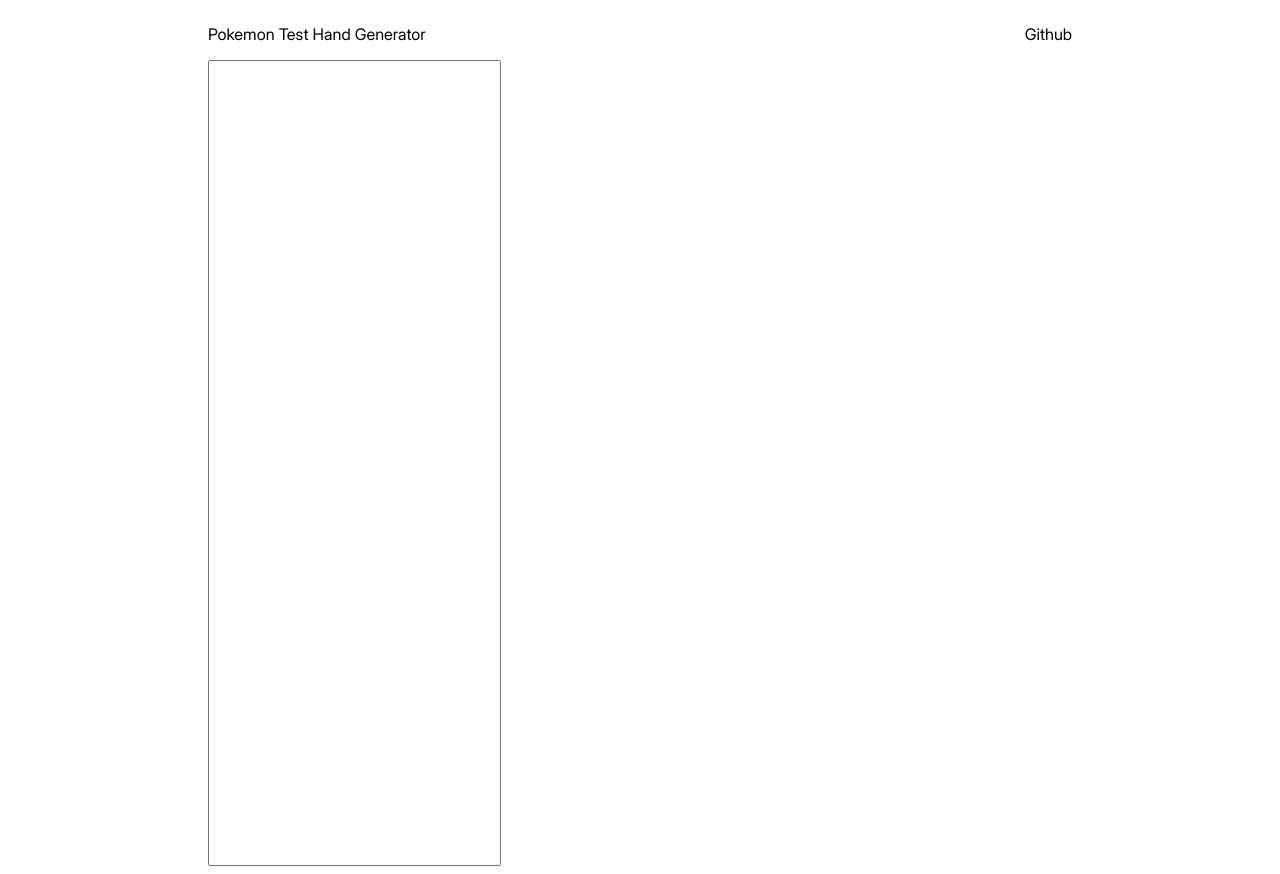
Repository: danielj1415/test-hand-simulator
Page: /
The author's editor kept a copy of each file at every save. The page is drawn from the files as they stood at one save, then again after the next save.
The browser window is 1280 px wide. The pictures show the whole page.
The project was rebuilt for these pictures with package versions that can differ from the ones it lists, and the page was loaded fresh each time. Also part of the build but not shown: vite.config.ts, src/index.css.

Above is the page before, as saved 2024-10-30 17:48:37.

After the next save:
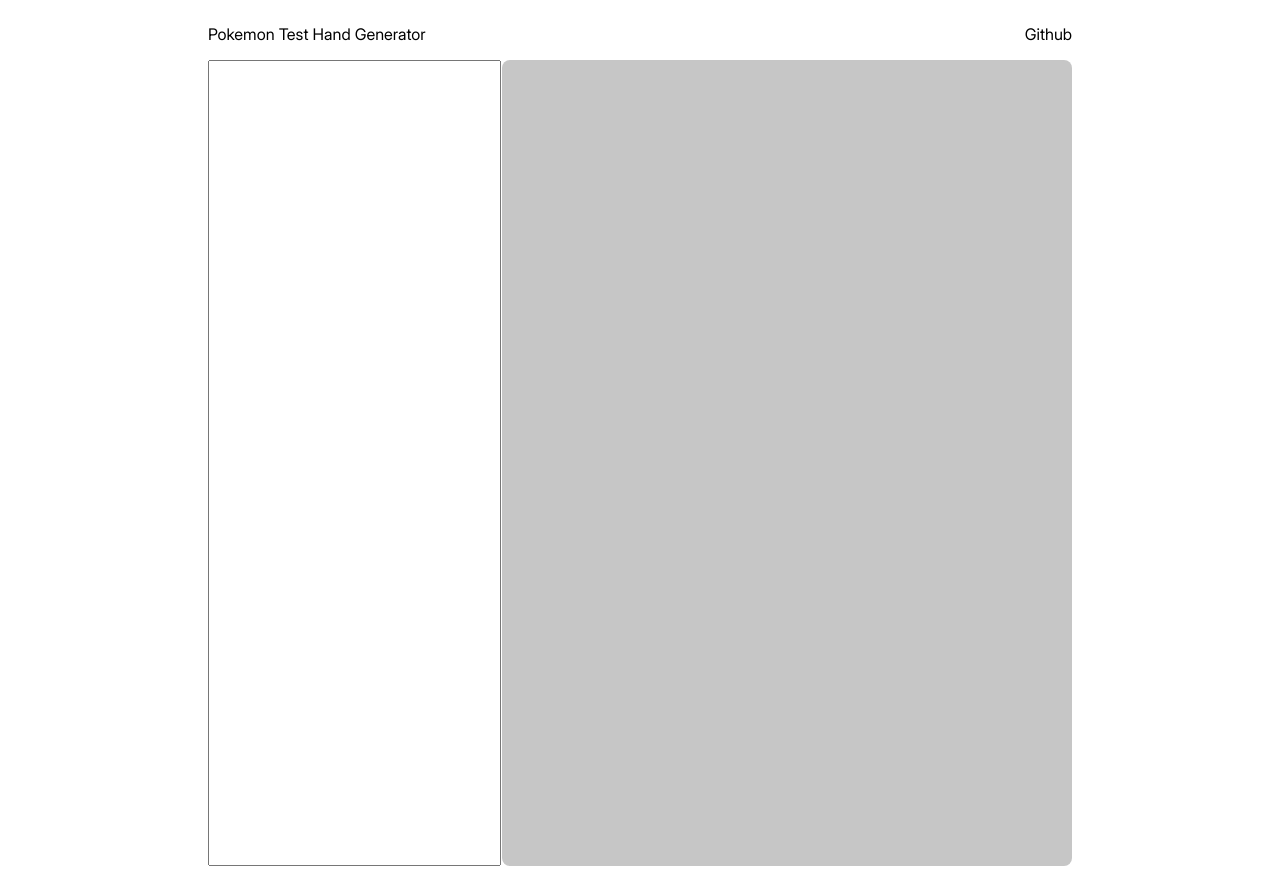
Saved 7 s later.
--- a/src/App.css
+++ b/src/App.css
@@ -20,7 +20,6 @@ p{
 
 .mainBody{
   display: flex;
-  align-items:flex-start;
   justify-content: space-between;
 }
 
